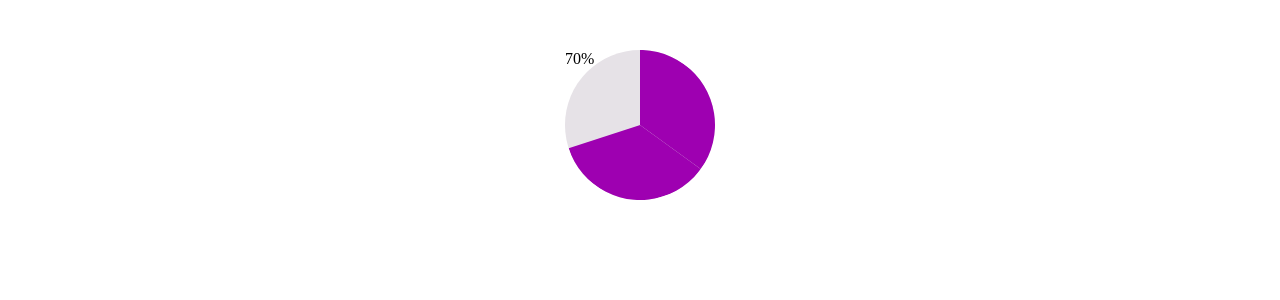
Repository: KonanW/front-end-knowledge
Page: css/loading/index.html
The author's editor kept a copy of each file at every save. The page is drawn from the files as they stood at one save, then again after the next save.
The browser window is 1280 px wide. The pictures show the whole page.

Above is the page before, as saved 2019-07-26 09:38:31.

After the next save:
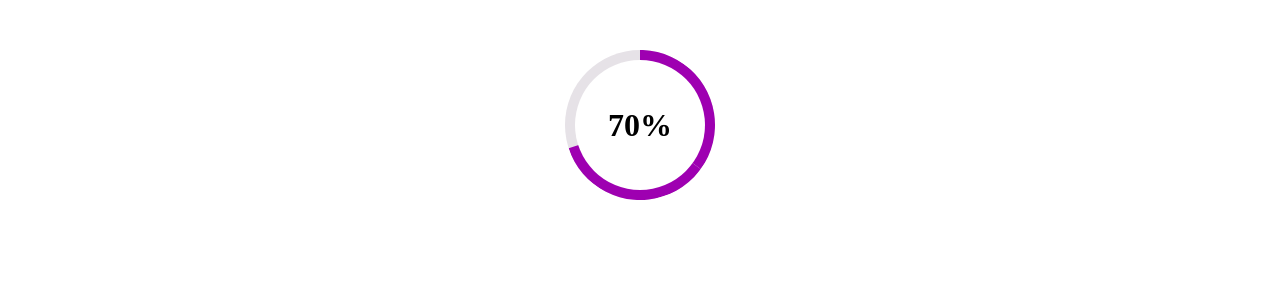
Saved 6 min 46 s later.
--- a/css/loading/index.html
+++ b/css/loading/index.html
@@ -41,6 +41,20 @@
         transform: rotate(126deg);
       }
     }
+    .circle-wrap .inside-circle {
+      width: 130px;
+      height: 130px;
+      border-radius: 50%;
+      background: #fff;
+      line-height: 130px;
+      text-align: center;
+      margin-top: 10px;
+      margin-left: 10px;
+      position: absolute;
+      z-index: 100;
+      font-weight: 700;
+      font-size: 2em;
+    }
   </style>
 </head>
 <body>
